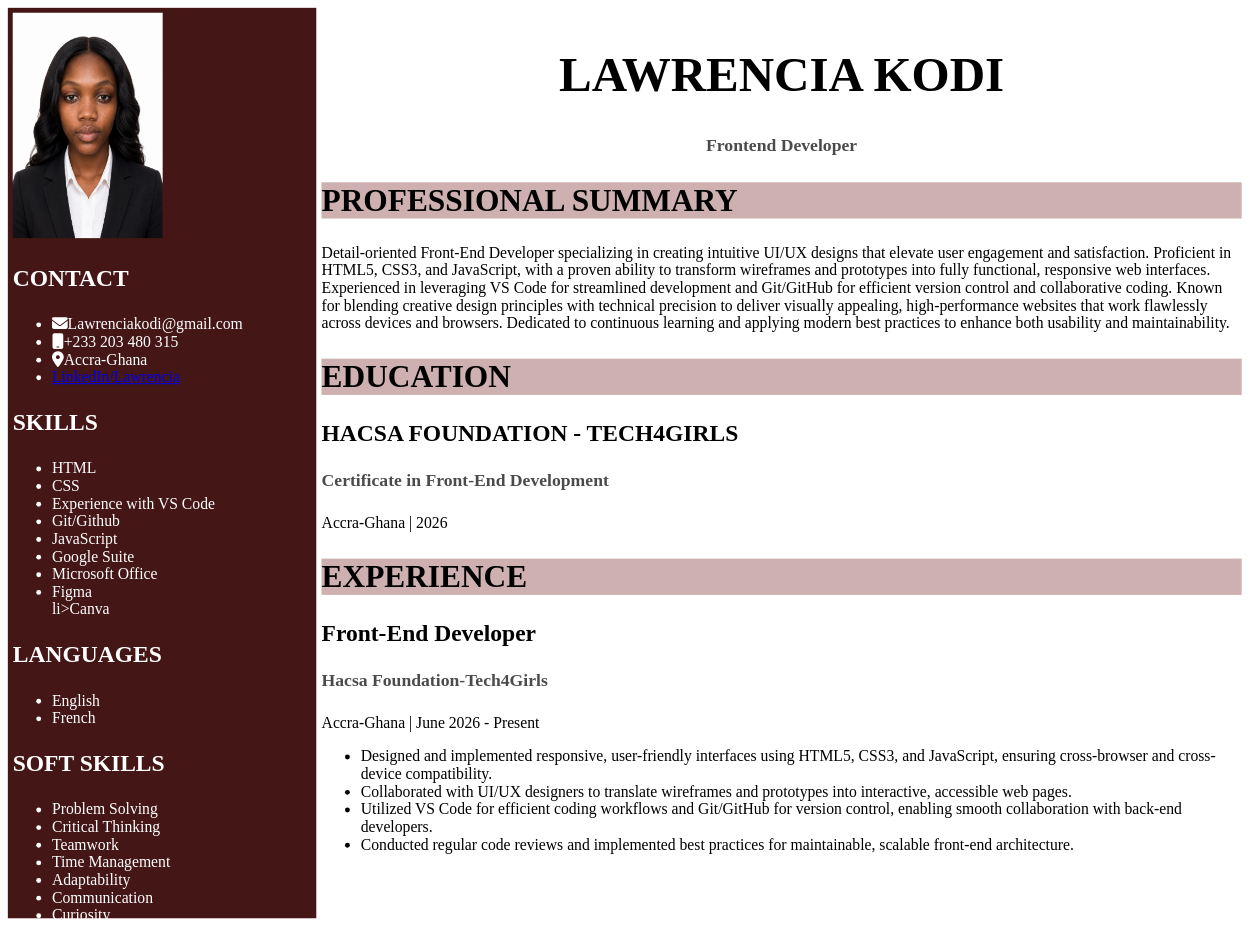
Repository: lawrencia-coder/T4G_CV
Page: index.html
These files come from the project's save history. The page is drawn as it stood at one moment and after a run of saves; the edit follows.
The browser window is 1280 px wide. The pictures show the whole page, at 98% of full size.
Some icons come from a web library that is not loaded, so they are not drawn. Some web libraries are served in a nearby version.

Above is the page before, as saved 2026-07-15 08:13:30.

### index.html
<!DOCTYPE html>
<html lang="en">
<head>
    <meta charset="UTF-8">
    <meta name="viewport" content="width=device-width, initial-scale=1.0">
    <script src="https://kit.fontawesome.com/c72fc9c022.js" crossorigin="anonymous"></script>
    <title>T4G_CV</title>
    <link rel="stylesheet" href="style.css">
</head>
<body>
    <div class="cv-container">
        <div class="left-column">
            <img src="images/passport pic 1.png" alt="" width="50%" height="25%">
            <h3>CONTACT</h3>
             <p>
              <ul>
                <li><i class="fa-solid fa-envelope" style="color: rgb(255, 255, 255);"></i>Lawrenciakodi@gmail.com</li>
                <li><i class="fa-solid fa-mobile" style="color: rgb(255, 255, 255);"></i>+233 203 480 315</li>
                <li><i class="fa-solid fa-location-dot" style="color: rgb(255, 255, 255);"></i>Accra-Ghana</li>
                <li><i class="fa-brands fa-square-linkedin" style="color: rgb(255, 255, 255);"></i><a href="www.linkedin.com/in/lawrencia-kodi-192a71305" target="_blank" rel="noopener noreferrer">LinkedIn/Lawrencia</a></li>
              </ul>
             </p>

            <h3>SKILLS</h3>
             <p>
                <ul>
                    <li>HTML</li>
                    <li>CSS</li>
                    <li>Experience with VS Code</li>
                    <li>Git/Github</li>
                    <li>JavaScript</li>
                    <li>Google Suite</li>
                    <li>Microsoft Office</li>
                    <li>Figma</li>
                    li>Canva</li>
                </ul>
             </p>

             <h3>LANGUAGES</h3>
             <p>
                <ul>
                    <li>English</li>
                    <li>French</li>
                </ul>
             </p>

             <h3>SOFT SKILLS</h3>
             <p>
                <ul>
                    <li>Problem Solving</li>
                    <li>Critical Thinking</li>
                    <li>Teamwork</li>
                    <li>Time Management</li>
                    <li>Adaptability</li>
                    <li>Communication</li>
                    <li>Curiosity</li>
                </ul>
             </p>
        </div>
         <div class="right-column">
             <h1>LAWRENCIA KODI  </h1>
             <h4 style="text-align: center;">Frontend Developer</h4>
             <h2>PROFESSIONAL SUMMARY</h2>
              <p>Detail-oriented Front-End Developer specializing in creating intuitive UI/UX designs that elevate user engagement and satisfaction.
                 Proficient in HTML5, CSS3, and JavaScript, with a proven ability to transform wireframes and prototypes into fully functional, responsive web interfaces.
                 Experienced in leveraging VS Code for streamlined development and Git/GitHub for efficient version control and collaborative coding.
                 Known for blending creative design principles with technical precision to deliver visually appealing, high-performance websites that work flawlessly across devices and browsers.
                 Dedicated to continuous learning and applying modern best practices to enhance both usability and maintainability.
                </p>

                <h2>EDUCATION</h2>
                <h3>HACSA FOUNDATION - TECH4GIRLS</h3>
                <h4>Certificate in Front-End Development</h4>
                <p>Accra-Ghana   |   2026</p>

                <h2>EXPERIENCE</h2>
                <p>
                    <h3>Front-End Developer</h3>
                    <h4>Hacsa Foundation-Tech4Girls </h4>
                    <p2>Accra-Ghana   |   June 2026 - Present</p2>
                </p>
                 <p>
                    <ul>
                        <li>Designed and implemented responsive, user-friendly interfaces using HTML5, CSS3, and JavaScript, ensuring cross-browser and cross-device compatibility.</li>
                        <li>Collaborated with UI/UX designers to translate wireframes and prototypes into interactive, accessible web pages.</li>
                        <li>Utilized VS Code for efficient coding workflows and Git/GitHub for version control, enabling smooth collaboration with back-end developers.</li>
                        <li>Conducted regular code reviews and implemented best practices for maintainable, scalable front-end architecture.</li>
                    </ul>
                 </p>
         </div>
    </div>

</body>
</html>

### style.css
/* styling headings */
h1{
    text-align: center;
    font-size: 50px;
    margin-bottom: none;
}

h4{
    opacity: calc(70%);
    font-size: large;
}

h2{
    background-color: rgb(206, 176, 176);
    font-size: xx-large;
}

h3{
    font-size: x-large;
}

h5{
font-size: large;
opacity: 80%;
display: flex;
flex-direction: row;
}

h6{
align-self: flex-end;
}


/* styling cv-container */
.cv-container{
    display: flex;
    width: 100%;
    min-height: 100vh;
}

.left-column{
width: 26%;
background-color: rgb(69, 22, 22);
color: white;
padding: 5px;
}

.right-column{
    width: 80%;
    background-color: white;
    color: black;
    padding: 5px;
}

After the next 3 saves:
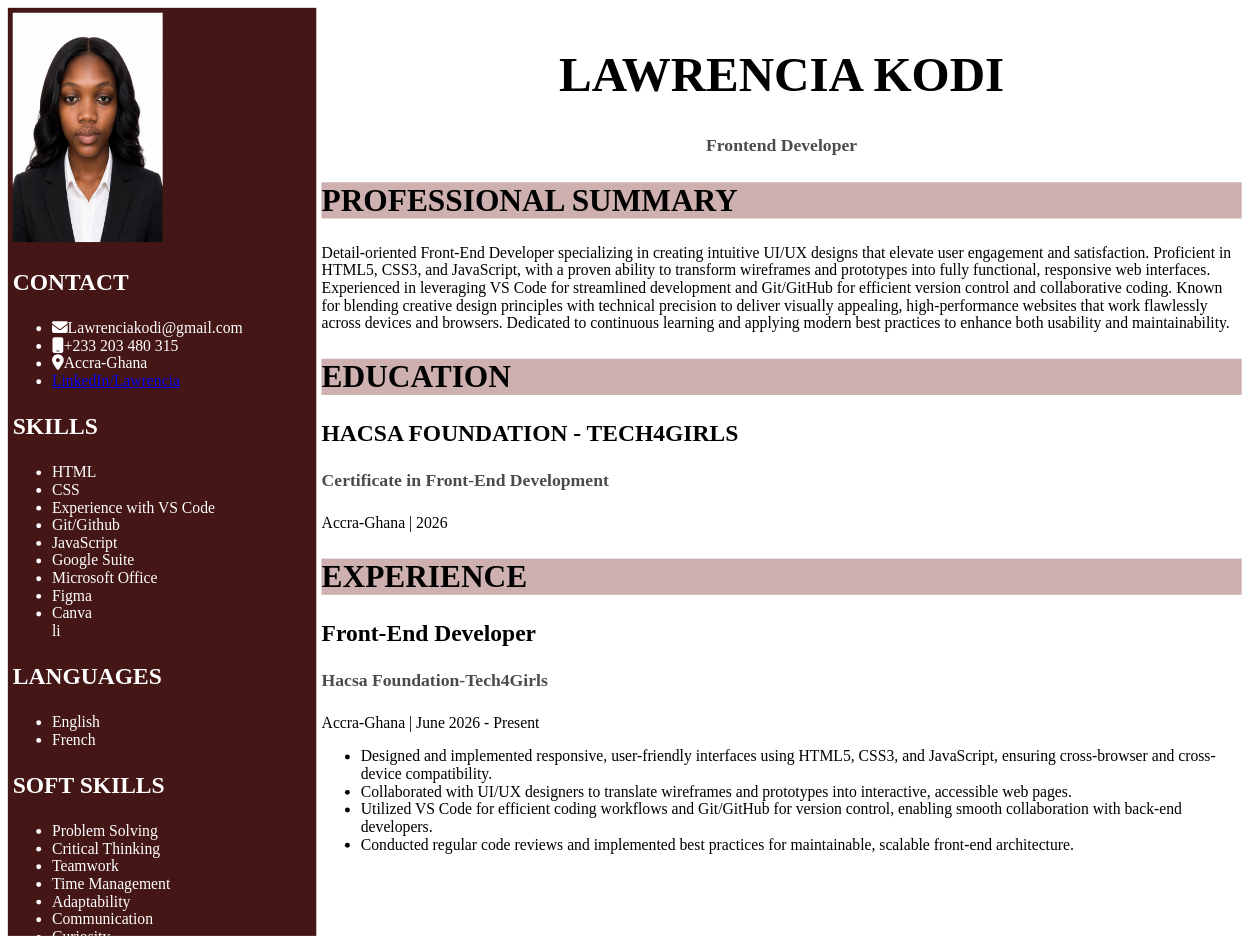
The 3 saves are shown as one change because they came seconds apart.
The last was saved 7 s later.
--- a/index.html
+++ b/index.html
@@ -32,7 +32,8 @@
                     <li>Google Suite</li>
                     <li>Microsoft Office</li>
                     <li>Figma</li>
-                    li>Canva</li>
+                    <li>Canva</li>
+                    li
                 </ul>
              </p>
 
